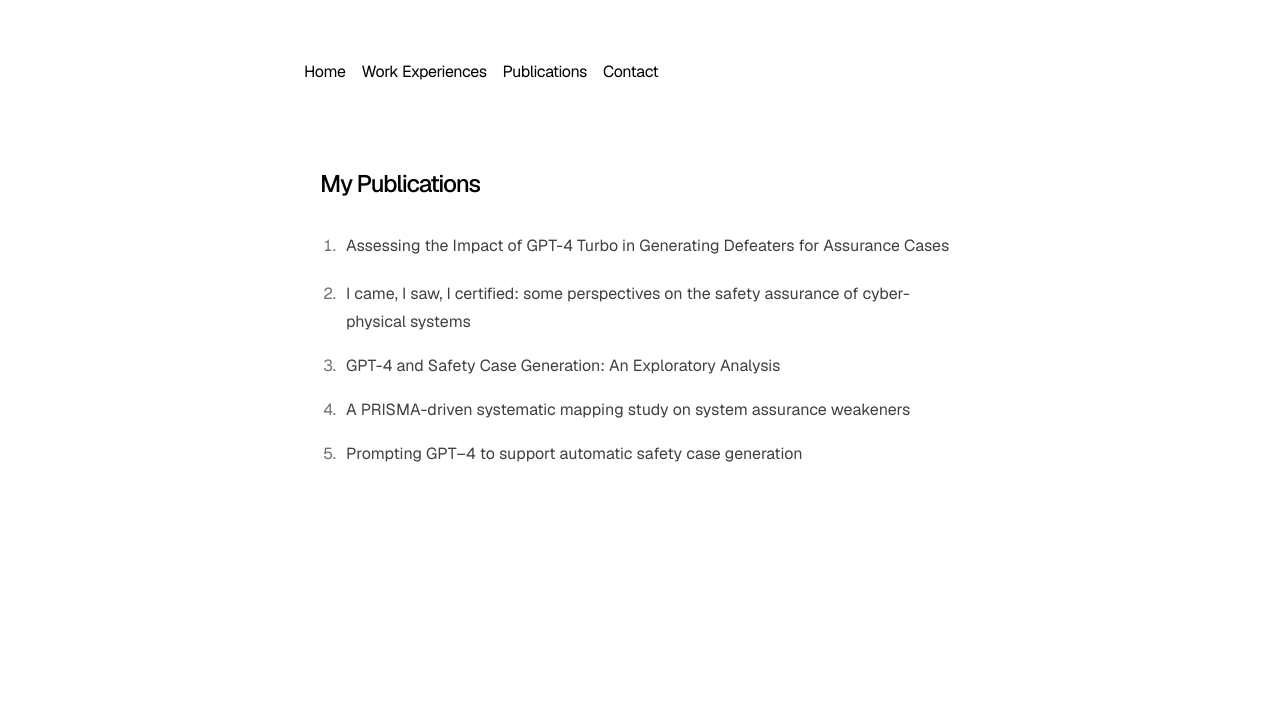
Repository: kimixz/kimixz.github.io
Page: /publications
An editor plug-in stored every save of this project. The page is shown before and after the next save, followed by the edit.
The browser window is 1280 px wide. The pictures show the whole page.
The project was rebuilt for these pictures with package versions that can differ from the ones it lists, and the page was loaded fresh each time. Some packages were replaced by stand-ins written for this rebuild. The framework's server and built-in components were replaced by stand-ins that run in the browser. Also part of the build but not shown: next.config.mjs, app/blog/[slug]/sandpack.tsx.

Above is the page before, as saved 2024-07-28 16:33:11.

### app/publications/page.tsx
export default function Page() {
    return (
      <section className="max-w-3xl mx-auto p-4">
        <h1 className="font-medium text-2xl mb-8 tracking-tighter">My Publications</h1>

        <ol className="prose prose-neutral dark:prose-invert list-decimal pl-5">
          <li className="mb-4">
            Assessing the Impact of GPT-4 Turbo in Generating Defeaters for Assurance Cases
          </li>
          <li className="mb-4">
            I came, I saw, I certified: some perspectives on the safety assurance of cyber-physical systems
          </li>
          <li className="mb-4">
            GPT-4 and Safety Case Generation: An Exploratory Analysis
          </li>
          <li className="mb-4">
            A PRISMA-driven systematic mapping study on system assurance weakeners
          </li>
          <li className="mb-4">
            Prompting GPT–4 to support automatic safety case generation
          </li>
        </ol>
      </section>
    );
  }

### app/global.css
@tailwind base;
@tailwind components;
@tailwind utilities;

::selection {
  background-color: #47a3f3;
  color: #fefefe;
}

:root {
  --sh-class: #2d5e9d;
  --sh-identifier: #354150;
  --sh-sign: #8996a3;
  --sh-string: #007f7a;
  --sh-keyword: #e02518;
  --sh-comment: #a19595;
  --sh-jsxliterals: #6266d1;
  --sh-property: #e25a1c;
  --sh-entity: #e25a1c;
}

@media (prefers-color-scheme: dark) {
  :root {
    --sh-class: #4c97f8;
    --sh-identifier: white;
    --sh-keyword: #f47067;
    --sh-string: #0fa295;
  }
  html {
    color-scheme: dark;
  }
}

html {
  min-width: 360px;
}

.prose .anchor {
  @apply absolute invisible no-underline;

  margin-left: -1em;
  padding-right: 0.5em;
  width: 80%;
  max-width: 700px;
  cursor: pointer;
}

.anchor:hover {
  @apply visible;
}

.prose a {
  @apply transition-all decoration-neutral-400 dark:decoration-neutral-600 underline-offset-2 decoration-[0.1em];
}

.prose .anchor:after {
  @apply text-neutral-300 dark:text-neutral-700;
  content: '#';
}

.prose *:hover > .anchor {
  @apply visible;
}

.prose pre {
  @apply bg-neutral-50 dark:bg-neutral-900 rounded-lg overflow-x-auto border border-neutral-200 dark:border-neutral-900;
}

.prose code {
  @apply px-1 py-0.5 rounded-lg;
}

.prose pre code {
  @apply p-0;
  border: initial;
  line-height: 1.5;
}

.prose code span {
  @apply font-medium;
}

.prose img {
  /* Don't apply styles to next/image */
  @apply m-0;
}

.prose h2,
h3,
h4 {
  @apply font-medium tracking-tighter !important;
}

.prose strong {
  @apply font-medium;
}

.prose > :first-child {
  /* Override removing top margin, causing layout shift */
  margin-top: 1.25em !important;
  margin-bottom: 1.25em !important;
}

pre::-webkit-scrollbar {
  display: none;
}

pre {
  -ms-overflow-style: none; /* IE and Edge */
  scrollbar-width: none; /* Firefox */
}

/* Remove Safari input shadow on mobile */
input[type='text'],
input[type='email'] {
  -webkit-appearance: none;
  -moz-appearance: none;
  appearance: none;
}

.prose .tweet a {
  text-decoration: inherit;
  font-weight: 500;
}

table {
  display: block;
  max-width: fit-content;
  overflow-x: auto;
  white-space: nowrap;
}

.prose .callout > p {
  margin: 0 !important;
}

.title {
  text-wrap: balance;
}

### app/components/nav.tsx
import Link from 'next/link';

const navItems = {
  '/': {
    name: 'Home',
  },
  '/work': {
    name: 'Work Experiences',
  },
  '/publications': {
    name: 'Publications',
  },
  '/contact': {
    name: 'Contact',
  },
};

export function Navbar() {
  return (
    <aside className="-ml-[8px] mb-16 tracking-tight">
      <div className="lg:sticky lg:top-20">
        <nav
          className="flex flex-row items-start relative px-0 pb-0 fade md:overflow-auto scroll-pr-6 md:relative"
          id="nav"
        >
          <div className="flex flex-row space-x-0 pr-10">
            {Object.entries(navItems).map(([path, { name }]) => {
              return (
                <Link
                  key={path}
                  href={path}
                  className="transition-all hover:text-neutral-800 dark:hover:text-neutral-200 flex align-middle relative py-1 px-2"
                >
                  {name}
                </Link>
              );
            })}
          </div>
        </nav>
      </div>
    </aside>
  );
}

Loaded but not shown: app/layout.tsx (common file); tailwind.config.ts (common file)

After the next save:
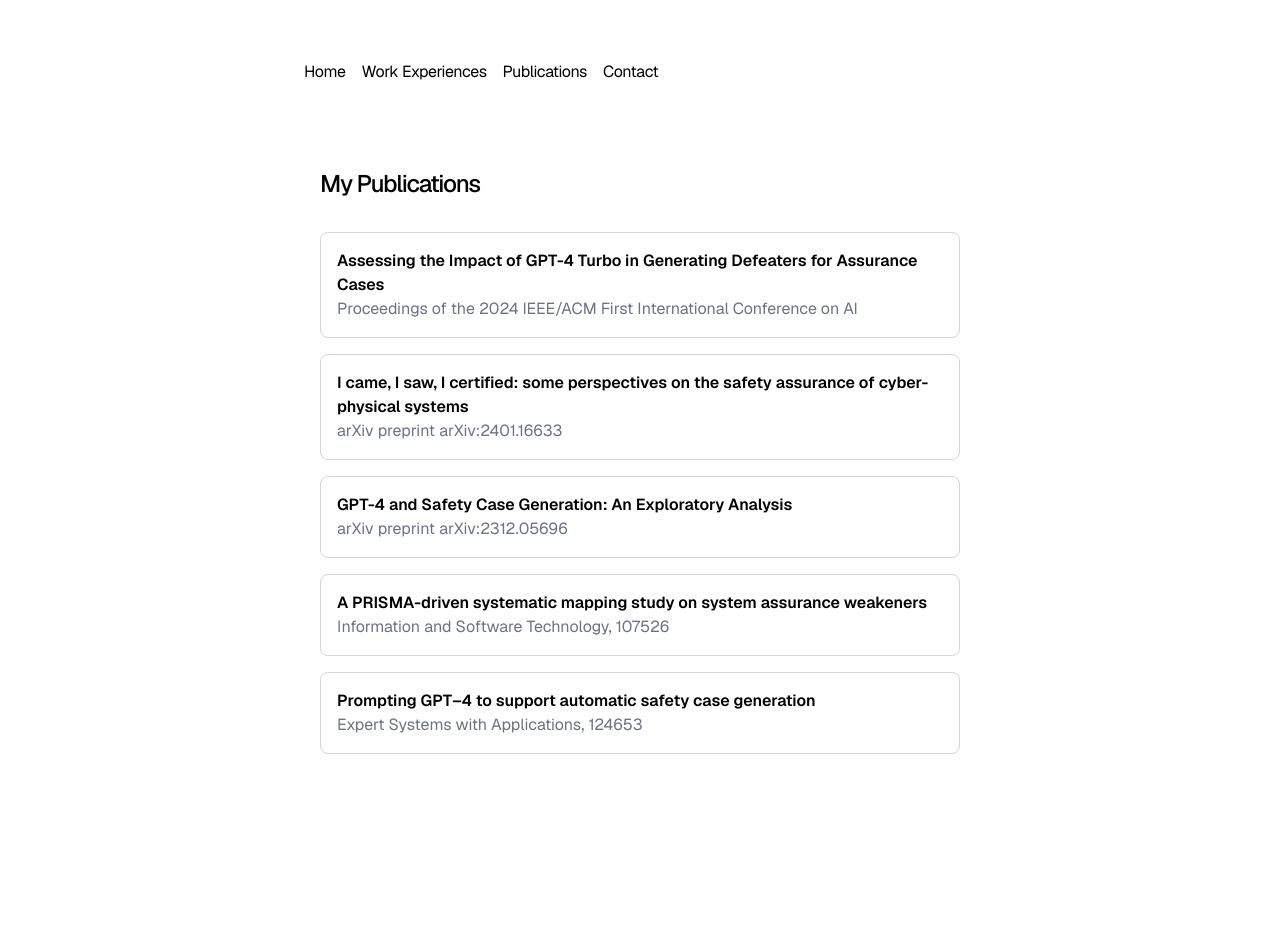
Saved 77 s later.
--- a/app/publications/page.tsx
+++ b/app/publications/page.tsx
@@ -3,23 +3,28 @@ export default function Page() {
       <section className="max-w-3xl mx-auto p-4">
         <h1 className="font-medium text-2xl mb-8 tracking-tighter">My Publications</h1>
 
-        <ol className="prose prose-neutral dark:prose-invert list-decimal pl-5">
-          <li className="mb-4">
-            Assessing the Impact of GPT-4 Turbo in Generating Defeaters for Assurance Cases
-          </li>
-          <li className="mb-4">
-            I came, I saw, I certified: some perspectives on the safety assurance of cyber-physical systems
-          </li>
-          <li className="mb-4">
-            GPT-4 and Safety Case Generation: An Exploratory Analysis
-          </li>
-          <li className="mb-4">
-            A PRISMA-driven systematic mapping study on system assurance weakeners
-          </li>
-          <li className="mb-4">
-            Prompting GPT–4 to support automatic safety case generation
-          </li>
-        </ol>
+        <div className="space-y-4">
+          <div className="p-4 border border-gray-300 rounded-lg">
+            <h2 className="font-semibold">Assessing the Impact of GPT-4 Turbo in Generating Defeaters for Assurance Cases</h2>
+            <p className="text-gray-500">Proceedings of the 2024 IEEE/ACM First International Conference on AI</p>
+          </div>
+          <div className="p-4 border border-gray-300 rounded-lg">
+            <h2 className="font-semibold">I came, I saw, I certified: some perspectives on the safety assurance of cyber-physical systems</h2>
+            <p className="text-gray-500">arXiv preprint arXiv:2401.16633</p>
+          </div>
+          <div className="p-4 border border-gray-300 rounded-lg">
+            <h2 className="font-semibold">GPT-4 and Safety Case Generation: An Exploratory Analysis</h2>
+            <p className="text-gray-500">arXiv preprint arXiv:2312.05696</p>
+          </div>
+          <div className="p-4 border border-gray-300 rounded-lg">
+            <h2 className="font-semibold">A PRISMA-driven systematic mapping study on system assurance weakeners</h2>
+            <p className="text-gray-500">Information and Software Technology, 107526</p>
+          </div>
+          <div className="p-4 border border-gray-300 rounded-lg">
+            <h2 className="font-semibold">Prompting GPT–4 to support automatic safety case generation</h2>
+            <p className="text-gray-500">Expert Systems with Applications, 124653</p>
+          </div>
+        </div>
       </section>
     );
   }
